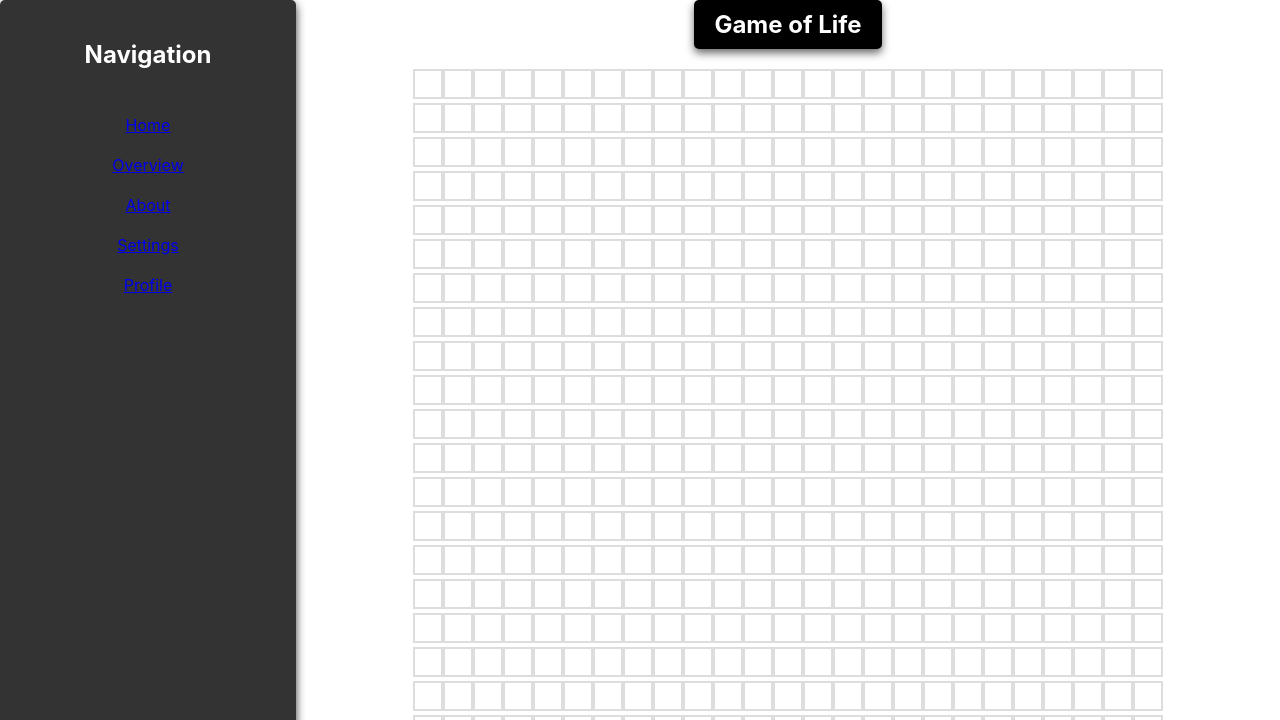
Repository: MarioDiekmann/GameOfLife
Page: /
The author's editor kept a copy of each file at every save. The page is drawn from the files as they stood at one save, then again after the next save.
The browser window is 1280 px wide. The pictures show the whole page.
The project was rebuilt for these pictures with package versions that can differ from the ones it lists, and the page was loaded fresh each time. Also part of the build but not shown: src/components/InputForm.js, src/components/LoadPatternForm.js, src/components/RegistrationForm.js, src/components/LoginForm.js, src/pages/Overview.js.

Above is the page before, as saved 2024-11-06 22:37:59.

After the next save:
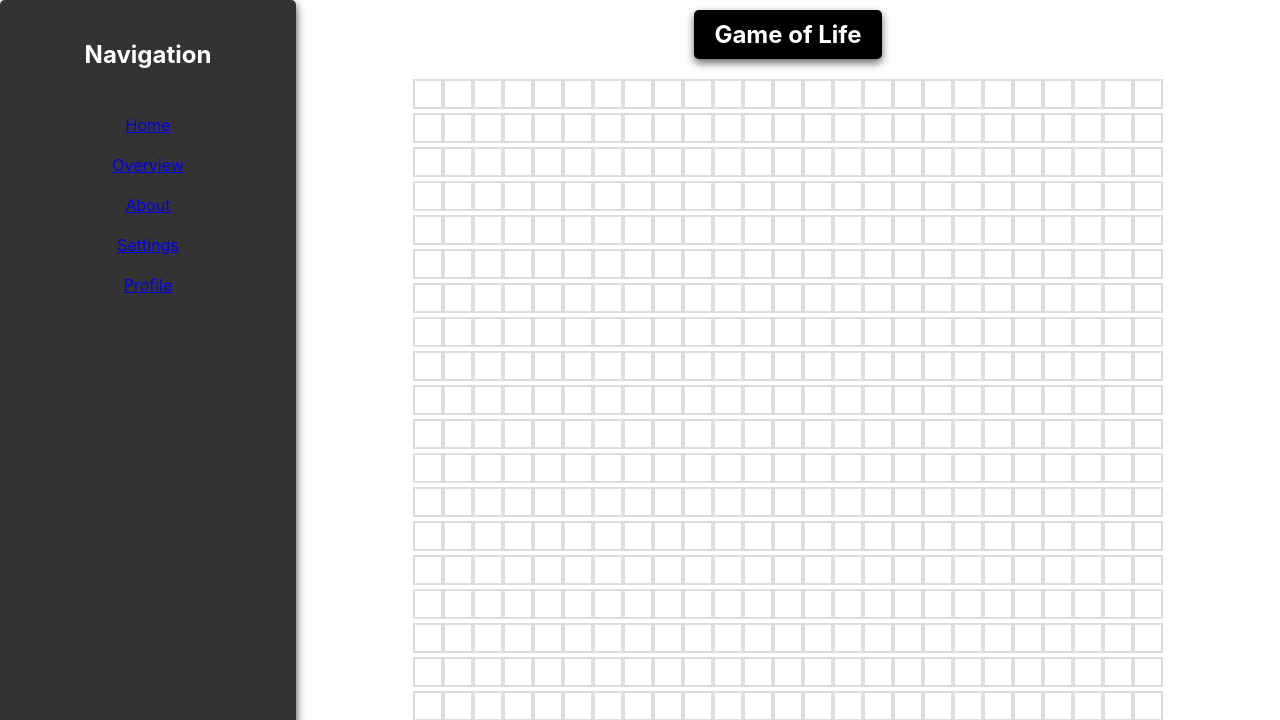
Saved 13 min 43 s later.
--- a/src/components/Game.css
+++ b/src/components/Game.css
@@ -16,14 +16,17 @@ html, body {
     display: flex;
     justify-content: center;
     margin-top: 10px;
+    flex-wrap: wrap;
 }
 
+/* Banner styling */
 .banner {
     background-color: black;
     padding: 10px 20px;
     text-align: center;
     box-shadow: 0 4px 8px rgba(0, 0, 0, 0.6);
     border-radius: 5px;
+    margin-top: 10px;
 }
 
 .banner h1 {
@@ -33,6 +36,7 @@ html, body {
     margin: 0;
 }
 
+/* Button styling */
 .button {
     background-color: black;
     color: white;
@@ -42,6 +46,7 @@ html, body {
     cursor: pointer;
     margin: 5px;
     text-shadow: 2px 2px 5px rgba(0, 0, 0, 0.8);
+    transition: background-color 0.3s ease;
 }
 
 .button:hover {
@@ -75,3 +80,14 @@ html, body {
     box-shadow: 0 4px 8px rgba(0, 0, 0, 0.1);
     width: 300px;
 }
+
+/* Responsive adjustments */
+@media (max-height: 600px) {
+    .banner h1 {
+        font-size: 2em;
+    }
+    .button {
+        padding: 8px 16px;
+        font-size: 0.9em;
+    }
+}
